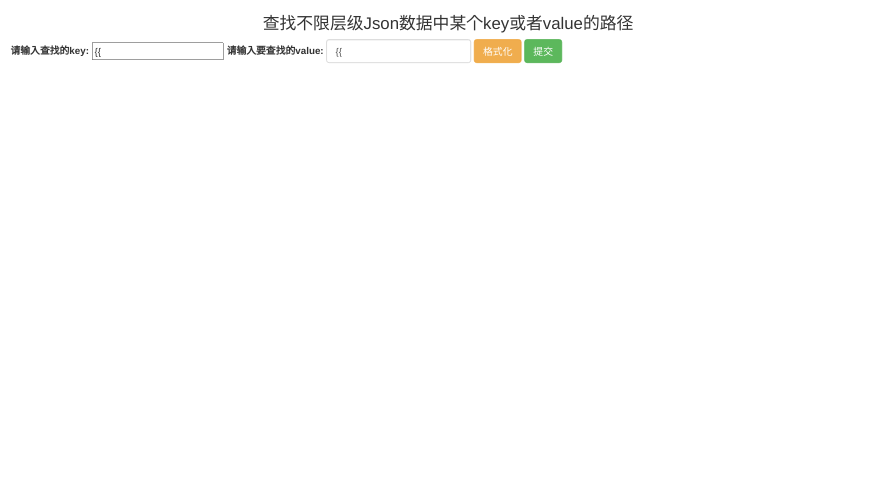
Repository: wangyanqing666/study
Page: other.html
The author's editor kept a copy of each file at every save. The page is drawn from the files as they stood at one save, then again after the next save.
The browser window is 1280 px wide. The pictures show the part of the page from y = 0 to 1920 px (the page is 720 px tall before and 2809 px after), at 70% of full size.
Some web libraries are served in a nearby version.

Above is the page before, as saved 2020-12-03 11:12:24.

After the next save:
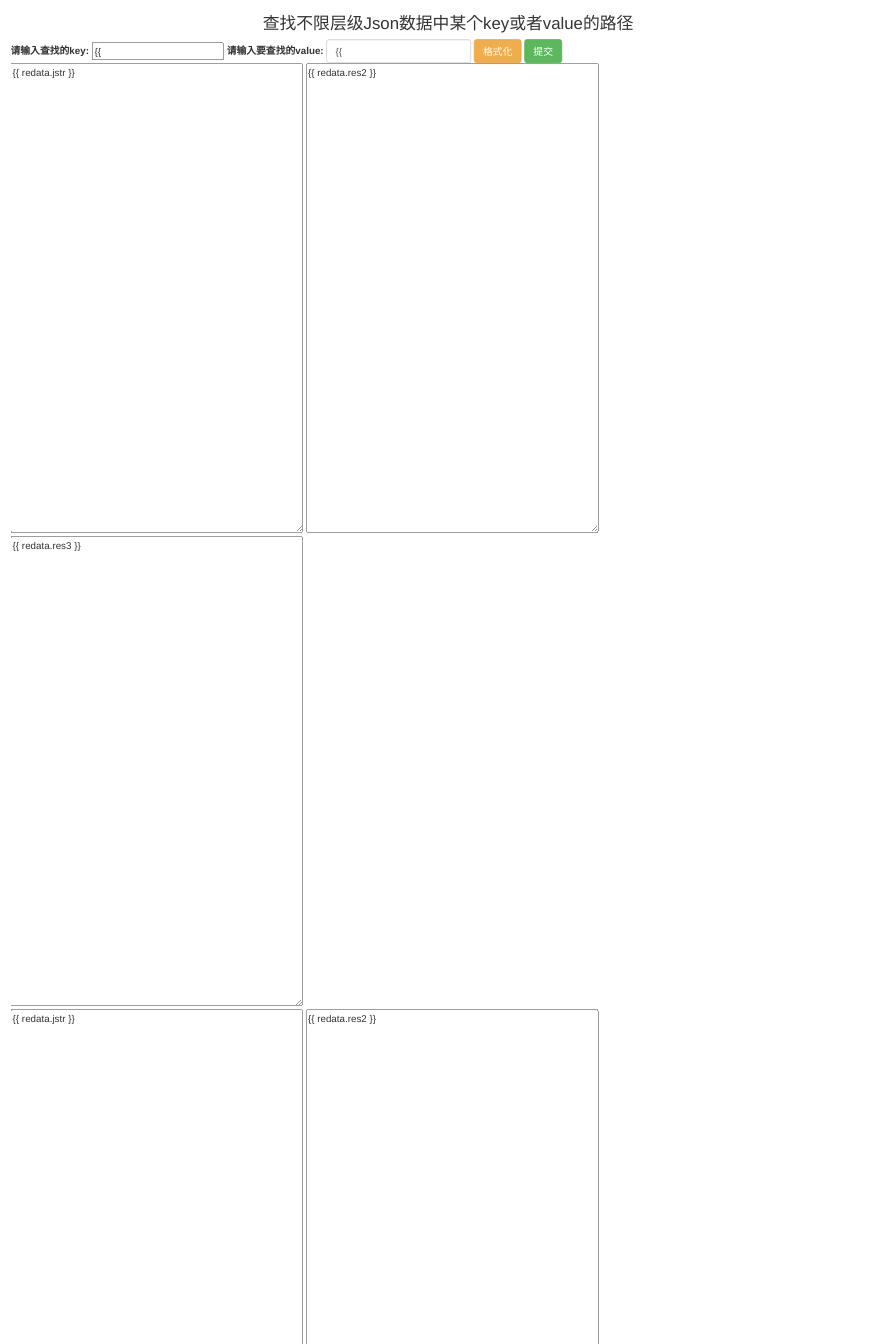
Saved 2 min 16 s later.
--- a/other.html
+++ b/other.html
@@ -34,10 +34,23 @@
                 <input type="submit" class="btn btn-success" value="提交">
 
             </div>
+
+
+        <div class="form-group">
+
+            <textarea class="column " style="height: 671px; width: 418px;" id="editor1" placeholder="给一个JSON字符串，然后会自动格式化"
+                spellcheck="false" name="jstr">{{ redata.jstr }}</textarea>
+            <textarea id="editor2" style="height: 671px; width: 418px;" class="clumn " placeholder="key值"
+                name="jstr1">{{ redata.res2 }}</textarea>
+            <textarea id="editor3" style="height: 671px; width: 418px;" class="clumn " placeholder="value值"
+                name="jstr2">{{ redata.res3 }}</textarea>
+        </div>
+
+
         </form>
     </div>
 
-    <!-- <div class="container-fluid">
+    <div class="container-fluid">
 
 
         <div class="form-group">
@@ -50,7 +63,7 @@
                 name="jstr2">{{ redata.res3 }}</textarea>
         </div>
 
-    </div> -->
+    </div>
 
 
 
